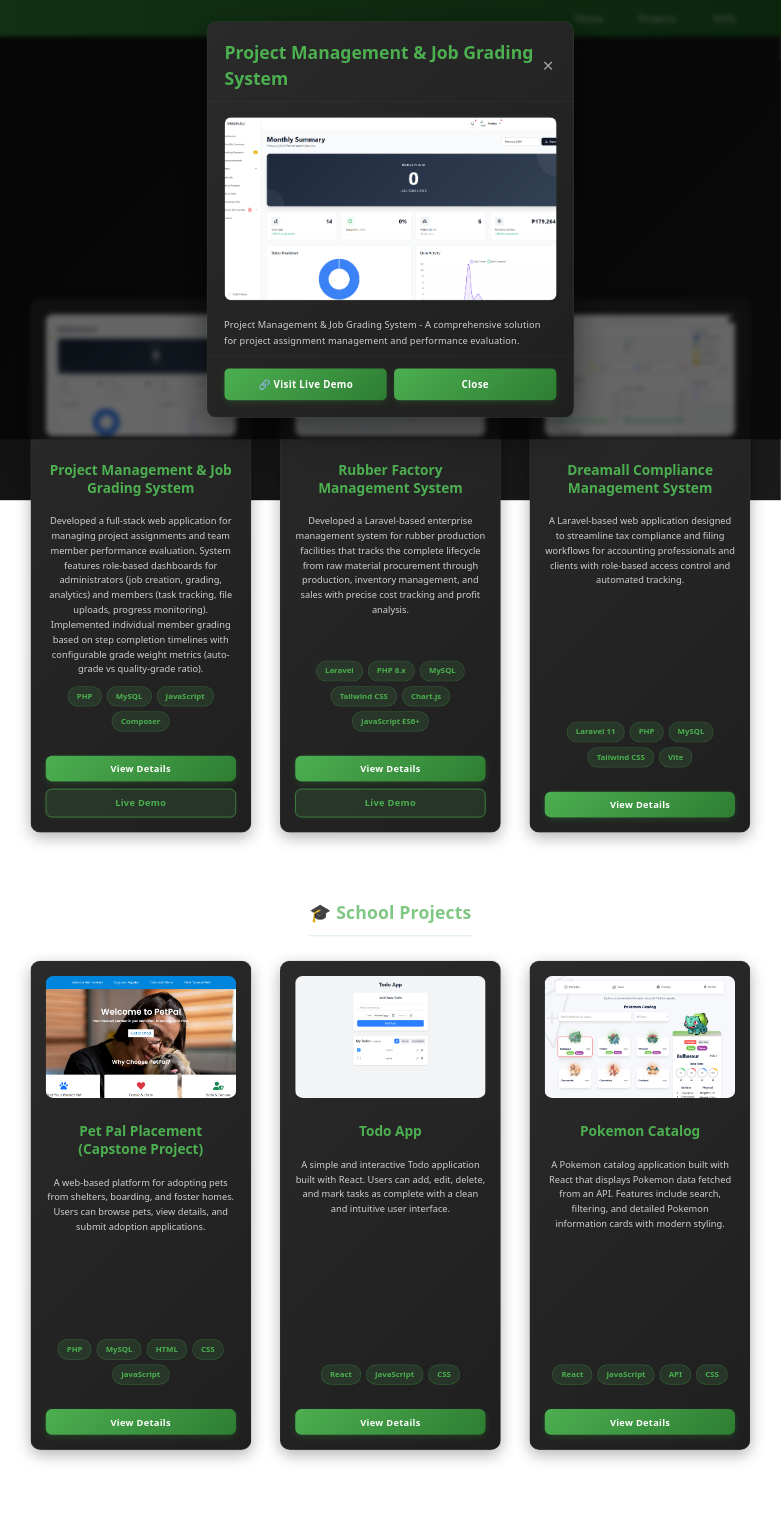
Repository: SAYANA11/portfolio
Page: /Projects, after clicking the first element matching `button.project-button`
The author's editor kept a copy of each file at every save. The page is drawn from the files as they stood at one save, then again after the next save.
The browser window is 1280 px wide. The pictures show the whole page, at 61% of full size.
An inner scrolling area shows only its first screen. The project was rebuilt for these pictures with package versions that can differ from the ones it lists, and the page was loaded fresh each time. Also part of the build but not shown: vite.config.js, src/components/Hero.jsx, src/components/Skills.css, src/components/Skills.jsx.

Above is the page before, as saved 2026-02-17 17:20:20.

### index.html
<!doctype html>
<html lang="en">
  <head>
    <meta charset="UTF-8" />
    <link rel="icon" type="image/svg+xml" href="/vite.svg" />
    <meta name="viewport" content="width=device-width, initial-scale=1.0" />
    <title>Muhammad Husayn Aiyub - Portfolio</title>
  </head>
  <body>
    <div id="root"></div>
    <script type="module" src="/src/main.jsx"></script>
  </body>
</html>

### src/index.css
:root {
  font-family: system-ui, Avenir, Helvetica, Arial, sans-serif;
  line-height: 1.5;
  font-weight: 400;

  color-scheme: light dark;
  color: rgba(255, 255, 255, 0.87);
  background-color: #242424;

  font-synthesis: none;
  text-rendering: optimizeLegibility;
  -webkit-font-smoothing: antialiased;
  -moz-osx-font-smoothing: grayscale;
}
/* Add in index.css or global style file */

a {
  font-weight: 500;
  color: #646cff;
  text-decoration: inherit;
}
a:hover {
  color: #535bf2;
}

html, body, #root {
  height: 100%;
  margin: 0;
  padding: 0;
}

body {
  margin: 0;
  min-width: 320px;
  background: linear-gradient(135deg, #0f0f0f 0%, #1a1a1a 100%);
  min-height: 100vh;
  position: relative;
}

body::before {
  content: '';
  position: fixed;
  top: 0;
  left: 0;
  right: 0;
  bottom: 0;
  background: linear-gradient(135deg, #0f0f0f 0%, #1a1a1a 100%);
  z-index: -1;
}

h1 {
  font-size: 3.2em;
  line-height: 1.1;
}

button {
  border-radius: 8px;
  border: 1px solid transparent;
  padding: 0.6em 1.2em;
  font-size: 1em;
  font-weight: 500;
  font-family: inherit;
  background-color: #1a1a1a;
  cursor: pointer;
  transition: border-color 0.25s;
}
button:hover {
  border-color: #646cff;
}
button:focus,
button:focus-visible {
  outline: 4px auto -webkit-focus-ring-color;
}

@media (prefers-color-scheme: light) {
  :root {
    color: #213547;
    background-color: #ffffff;
  }
  a:hover {
    color: #747bff;
  }
  button {
    background-color: #f9f9f9;
  }
}

### src/App.jsx
import React from "react";
import { BrowserRouter as Router, Routes, Route } from "react-router-dom";
import NavBar from "./components/Navbar";
import Hero from "./components/Hero";
import Projects from "./components/Projects";
import Skills from "./components/Skills";

function App() {
  return (
    <Router>
      <NavBar />
      <Routes>
        <Route path="/" element={<Hero />} />
        <Route path="/Projects" element={<Projects />} />
        <Route path="/Skills" element={<Skills />} />
      </Routes>
    </Router>
  );
}

export default App;

### src/components/Navbar.jsx
import React from "react";
import { Link } from "react-router-dom";
import "./Navbar.css";

const NavBar = () => {
  return (
    <nav className="navbar">
      <ul>
        <li>
          <Link to="/">Home</Link>
        </li>
        <li>
          <Link to="/Projects">Projects</Link>
        </li>
        <li>
          <Link to="/Skills">Skills</Link>
        </li>
      </ul>
    </nav>
  );
};

export default NavBar;

### src/components/Navbar.css
.navbar {
    background: linear-gradient(90deg, #2e7d32 0%, #1b5e20 100%);
    color: white;
    padding: 15px 40px;
    position: fixed;
    width: 100%;
    height: 60px;
    top: 0;
    z-index: 1000;
    display: flex;
    align-items: center;
    justify-content: flex-end;
    box-shadow: 0 4px 12px rgba(0, 0, 0, 0.3);
    backdrop-filter: blur(10px);
    box-sizing: border-box;
}

.navbar ul {
    list-style: none;
    padding: 0;
    margin: 0 20px 0 0;
    display: flex;
    gap: 35px;
}

.navbar ul li {
    font-size: 16px;
    transition: all 0.3s cubic-bezier(0.4, 0, 0.2, 1);
    position: relative;
}

.navbar ul li a {
    color: #e0e0e0;
    text-decoration: none;
    transition: all 0.3s cubic-bezier(0.4, 0, 0.2, 1);
    padding: 8px 12px;
    display: block;
    border-radius: 6px;
    font-weight: 500;
    letter-spacing: 0.3px;
}

.navbar ul li a::after {
    content: '';
    position: absolute;
    bottom: 0;
    left: 0;
    width: 0;
    height: 2px;
    background: #ffd700;
    transition: width 0.3s ease;
    border-radius: 2px;
}

.navbar ul li a:hover {
    color: white;
    background: rgba(76, 175, 80, 0.2);
}

.navbar ul li a:hover::after {
    width: 100%;
}

/* Responsive */
@media (max-width: 768px) {
    .navbar ul {
        gap: 10px; /* Reduce spacing for smaller screens */
        margin: 0 10px 0 0; /* Adjust margin for smaller screens */
    }

    .navbar ul li {
        font-size: 16px; /* Adjust font size for smaller screens */
    }
}

### src/components/Projects.css
/* Projects Container */
.projects-container {
  margin-top: 100px;
  padding: 50px 40px;
  max-width: 1200px;
  margin-left: auto;
  margin-right: auto;
  background: transparent;
  border-radius: 0;
  box-shadow: none;
  text-align: center;
}

.projects-title {
  font-size: 2.8rem;
  font-weight: 700;
  background: linear-gradient(135deg, #4caf50, #2e7d32);
  -webkit-background-clip: text;
  -webkit-text-fill-color: transparent;
  background-clip: text;
  margin-bottom: 8px;
  letter-spacing: -0.02em;
}

.projects-subtitle {
  font-size: 1.15rem;
  color: #a0a0a0;
  margin-bottom: 60px;
  font-weight: 400;
  letter-spacing: 0.3px;
}

/* Projects Section */
.projects-section {
  margin-bottom: 80px;
}

.section-heading {
  font-size: 1.8rem;
  font-weight: 700;
  color: #81c784;
  margin-bottom: 40px;
  letter-spacing: 0.3px;
  padding-bottom: 16px;
  border-bottom: 2px solid rgba(76, 175, 80, 0.2);
  display: inline-block;
  min-width: 200px;
}

/* Projects List */
.projects-list {
  list-style: none;
  padding: 0;
  margin: 0;
  display: grid;
  grid-template-columns: repeat(auto-fit, minmax(320px, 1fr));
  gap: 28px;
  justify-items: center;
}

.project-item {
  flex: 0 1 calc(33.333% - 20px);
  width: 100%;
  max-width: 360px;
  min-height: 800px;
  background: linear-gradient(135deg, #2a2a2a 0%, #1f1f1f 100%);
  border: 1px solid rgba(76, 175, 80, 0.15);
  border-radius: 16px;
  box-shadow: 0 8px 24px rgba(0, 0, 0, 0.3);
  overflow: hidden;
  transition: all 0.3s cubic-bezier(0.4, 0, 0.2, 1);
  display: flex;
  flex-direction: column;
}

.project-item:hover {
  transform: translateY(-8px);
  box-shadow: 0 16px 48px rgba(46, 125, 50, 0.25);
  border-color: rgba(76, 175, 80, 0.4);
}

/* Project Card */
.project-card {
  padding: 24px;
  text-align: center;
  display: flex;
  flex-direction: column;
  height: 100%;
}

.project-image {
  width: 100%;
  height: 200px;
  object-fit: cover;
  border-radius: 12px;
  margin-bottom: 18px;
  transition: transform 0.3s ease;
}

.project-item:hover .project-image {
  transform: scale(1.05);
}

.project-title {
  font-size: 1.4rem;
  font-weight: 700;
  color: #4caf50;
  margin-bottom: 12px;
  line-height: 1.3;
}

.project-description {
  font-size: 0.95rem;
  color: #d0d0d0;
  margin-bottom: 16px;
  line-height: 1.6;
  flex-grow: 1;
}

/* Project Technologies */
.project-technologies {
  display: flex;
  flex-wrap: wrap;
  gap: 8px;
  margin-bottom: 20px;
  justify-content: center;
}

.tech-tag {
  display: inline-block;
  padding: 6px 14px;
  background-color: rgba(76, 175, 80, 0.15);
  color: #4caf50;
  border-radius: 20px;
  font-size: 0.8rem;
  font-weight: 600;
  border: 1px solid rgba(76, 175, 80, 0.3);
  transition: all 0.3s ease;
}

.tech-tag:hover {
  background-color: rgba(76, 175, 80, 0.25);
  border-color: rgba(76, 175, 80, 0.5);
}

/* Buttons Container */
.project-buttons {
  display: flex;
  gap: 12px;
  flex-wrap: wrap;
  justify-content: center;
  margin-top: auto;
  padding-top: 20px;
}

/* Project Button Styles */
.project-button {
  display: inline-flex;
  align-items: center;
  justify-content: center;
  padding: 11px 24px;
  font-size: 0.95rem;
  font-weight: 600;
  text-decoration: none;
  border-radius: 10px;
  transition: all 0.3s cubic-bezier(0.4, 0, 0.2, 1);
  border: none;
  cursor: pointer;
  letter-spacing: 0.5px;
  flex: 1;
  min-width: 140px;
}

.project-button-primary {
  background: linear-gradient(135deg, #4caf50, #2e7d32);
  color: #ffffff;
  box-shadow: 0 4px 12px rgba(46, 125, 50, 0.3);
}

.project-button-primary:hover {
  transform: translateY(-3px);
  box-shadow: 0 8px 20px rgba(46, 125, 50, 0.4);
}

.project-button-secondary {
  background: rgba(76, 175, 80, 0.15);
  color: #4caf50;
  border: 1.5px solid #4caf50;
  box-shadow: 0 2px 8px rgba(76, 175, 80, 0.1);
}

.project-button-secondary:hover {
  background: rgba(76, 175, 80, 0.25);
  border-color: #81c784;
  color: #81c784;
  transform: translateY(-2px);
  box-shadow: 0 6px 16px rgba(76, 175, 80, 0.2);
}

/* Responsive Design */
@media (max-width: 1024px) {
  .projects-container {
    padding: 40px 30px;
  }

  .projects-list {
    grid-template-columns: repeat(auto-fit, minmax(280px, 1fr));
    gap: 24px;
  }

  .projects-title {
    font-size: 2.2rem;
  }

  .section-heading {
    font-size: 1.5rem;
  }
}

@media (max-width: 768px) {
  .projects-container {
    margin-top: 80px;
    padding: 30px 20px;
  }

  .projects-list {
    grid-template-columns: 1fr;
    gap: 20px;
  }

  .projects-title {
    font-size: 1.9rem;
  }

  .section-heading {
    font-size: 1.4rem;
    margin-bottom: 30px;
  }

  .project-description {
    font-size: 0.9rem;
  }

  .project-buttons {
    gap: 10px;
  }

  .project-button {
    padding: 10px 18px;
    font-size: 0.9rem;
    min-width: 120px;
    flex: auto;
  }
}

/* Modal Styles */
.modal-overlay {
  position: fixed;
  top: 0;
  left: 0;
  right: 0;
  bottom: 0;
  background-color: rgba(0, 0, 0, 0.6);
  display: flex;
  align-items: center;
  justify-content: center;
  z-index: 1000;
  padding: 20px;
  animation: fadeInOverlay 0.3s ease;
  backdrop-filter: blur(4px);
}

@keyframes fadeInOverlay {
  from {
    opacity: 0;
  }
  to {
    opacity: 1;
  }
}

.modal-content {
  background: linear-gradient(135deg, #2a2a2a 0%, #1f1f1f 100%);
  border: 1px solid rgba(76, 175, 80, 0.15);
  border-radius: 16px;
  max-width: 600px;
  width: 100%;
  max-height: 90vh;
  overflow-y: auto;
  box-shadow: 0 20px 60px rgba(0, 0, 0, 0.5);
  display: flex;
  flex-direction: column;
  animation: slideInModal 0.3s cubic-bezier(0.4, 0, 0.2, 1);
}

@keyframes slideInModal {
  from {
    transform: translateY(-50px);
    opacity: 0;
  }
  to {
    transform: translateY(0);
    opacity: 1;
  }
}

.modal-header {
  padding: 28px 28px 16px;
  display: flex;
  justify-content: space-between;
  align-items: center;
  border-bottom: 1px solid rgba(76, 175, 80, 0.15);
}

.modal-title {
  font-size: 1.8rem;
  font-weight: 700;
  color: #4caf50;
  margin: 0;
  text-align: left;
}

.modal-close-btn {
  background: none;
  border: none;
  color: #a0a0a0;
  font-size: 1.5rem;
  cursor: pointer;
  transition: color 0.3s ease;
  padding: 0;
  width: 32px;
  height: 32px;
  display: flex;
  align-items: center;
  justify-content: center;
}

.modal-close-btn:hover {
  color: #4caf50;
}

.modal-body {
  padding: 28px;
  flex: 1;
  overflow-y: auto;
}

.modal-image {
  width: 100%;
  height: 280px;
  object-fit: cover;
  border-radius: 12px;
  margin-bottom: 20px;
}

.modal-description {
  color: #d0d0d0;
  font-size: 0.95rem;
  line-height: 1.7;
  margin-bottom: 24px;
  text-align: left;
}

.modal-description p {
  margin: 0 0 12px 0;
}

.modal-technologies {
  margin-bottom: 24px;
}

.tech-label {
  font-size: 0.95rem;
  font-weight: 700;
  color: #4caf50;
  margin: 0 0 12px 0;
  text-align: left;
}

.modal-tech-tags {
  display: flex;
  flex-wrap: wrap;
  gap: 10px;
}

.modal-tech-tag {
  display: inline-block;
  padding: 8px 16px;
  background-color: rgba(76, 175, 80, 0.15);
  color: #4caf50;
  border-radius: 20px;
  font-size: 0.85rem;
  font-weight: 600;
  border: 1px solid rgba(76, 175, 80, 0.3);
  transition: all 0.3s ease;
}

.modal-tech-tag:hover {
  background-color: rgba(76, 175, 80, 0.25);
  border-color: rgba(76, 175, 80, 0.5);
}

.modal-footer {
  padding: 20px 28px;
  border-top: 1px solid rgba(76, 175, 80, 0.15);
  display: flex;
  gap: 12px;
  flex-wrap: wrap;
}

.modal-button {
  flex: 1;
  padding: 12px 20px;
  background: linear-gradient(135deg, #4caf50, #2e7d32);
  color: #ffffff;
  text-decoration: none;
  border: none;
  border-radius: 10px;
  font-size: 0.95rem;
  font-weight: 600;
  cursor: pointer;
  transition: all 0.3s cubic-bezier(0.4, 0, 0.2, 1);
  display: flex;
  align-items: center;
  justify-content: center;
  box-shadow: 0 4px 12px rgba(46, 125, 50, 0.3);
  letter-spacing: 0.5px;
}

.modal-button:hover {
  transform: translateY(-2px);
  box-shadow: 0 6px 16px rgba(46, 125, 50, 0.4);
}

.modal-button-close {
  background: rgba(76, 175, 80, 0.15);
  color: #4caf50;
  border: 1.5px solid #4caf50;
  box-shadow: 0 2px 8px rgba(76, 175, 80, 0.1);
}

.modal-button-close:hover {
  background: rgba(76, 175, 80, 0.25);
  border-color: #81c784;
  color: #81c784;
}
  color: #4caf50;
  margin: 0;
  line-height: 1.3;
  flex: 1;
}

.modal-close-btn {
  background: none;
  border: none;
  font-size: 2rem;
  color: #a0a0a0;
  cursor: pointer;
  transition: color 0.3s ease;
  padding: 0;
  width: 40px;
  height: 40px;
  display: flex;
  align-items: center;
  justify-content: center;
  border-radius: 8px;
  margin-left: 16px;
}

.modal-close-btn:hover {
  color: #4caf50;
  background-color: rgba(76, 175, 80, 0.1);
}

.modal-body {
  padding: 24px 28px;
  flex: 1;
}

.modal-image {
  width: 100%;
  height: 300px;
  object-fit: cover;
  border-radius: 12px;
  margin-bottom: 20px;
  border: 1px solid rgba(76, 175, 80, 0.15);
}

.modal-description {
  font-size: 1rem;
  color: #d0d0d0;
  line-height: 1.8;
  margin-bottom: 24px;
  letter-spacing: 0.3px;
}

.modal-description p {
  margin-bottom: 12px;
  font-size: 0.95rem;
  color: #d0d0d0;
  line-height: 1.7;
  letter-spacing: 0.2px;
}

.modal-description p:last-child {
  margin-bottom: 0;
}

.modal-technologies {
  margin-bottom: 20px;
}

.tech-label {
  font-size: 1rem;
  font-weight: 700;
  color: #4caf50;
  margin: 0 0 12px 0;
  letter-spacing: 0.5px;
}

.modal-tech-tags {
  display: flex;
  flex-wrap: wrap;
  gap: 10px;
}

.modal-tech-tag {
  display: inline-block;
  padding: 8px 16px;
  background-color: rgba(76, 175, 80, 0.15);
  color: #4caf50;
  border-radius: 20px;
  font-size: 0.85rem;
  font-weight: 600;
  border: 1px solid rgba(76, 175, 80, 0.3);
  transition: all 0.3s ease;
}

.modal-tech-tag:hover {
  background-color: rgba(76, 175, 80, 0.25);
  border-color: rgba(76, 175, 80, 0.5);
}

.modal-footer {
  padding: 20px 28px 28px;
  border-top: 1px solid rgba(76, 175, 80, 0.15);
  display: flex;
  gap: 12px;
}

.modal-button {
  flex: 1;
  padding: 14px 28px;
  background: linear-gradient(135deg, #4caf50, #2e7d32);
  color: #ffffff;
  font-size: 1rem;
  font-weight: 700;
  text-decoration: none;
  border-radius: 8px;
  border: none;
  cursor: pointer;
  transition: all 0.3s cubic-bezier(0.4, 0, 0.2, 1);
  box-shadow: 0 4px 12px rgba(46, 125, 50, 0.3);
  text-align: center;
  letter-spacing: 0.5px;
}

.modal-button:hover {
  transform: translateY(-2px);
  box-shadow: 0 8px 20px rgba(46, 125, 50, 0.4);
  background: linear-gradient(135deg, #5bc45e, #3da140);
}

/* Modal Responsive Design */
@media (max-width: 768px) {
  .modal-content {
    max-width: 95%;
    border-radius: 12px;
  }

  .modal-header {
    padding: 20px 20px 12px;
  }

  .modal-title {
    font-size: 1.5rem;
  }

  .modal-body {
    padding: 18px 20px;
  }

  .modal-image {
    height: 240px;
    margin-bottom: 16px;
  }

  .modal-description {
    font-size: 0.95rem;
  }

  .modal-footer {
    padding: 16px 20px 20px;
  }

  .modal-button {
    padding: 12px 20px;
    font-size: 0.95rem;
  }
}

@media (max-width: 480px) {
  .projects-container {
    margin-top: 70px;
    padding: 20px 15px;
  }

  .projects-title {
    font-size: 1.6rem;
  }

  .projects-subtitle {
    font-size: 1rem;
  }

  .project-card {
    padding: 18px;
  }

  .project-image {
    height: 160px;
    margin-bottom: 12px;
  }

  .project-title {
    font-size: 1.15rem;
  }

  .project-description {
    font-size: 0.85rem;
  }

  .tech-tag {
    font-size: 0.75rem;
    padding: 5px 10px;
  }

  .modal-overlay {
    padding: 10px;
  }

  .modal-content {
    max-width: 100%;
    max-height: 95vh;
  }

  .modal-header {
    padding: 16px;
  }

  .modal-title {
    font-size: 1.3rem;
  }

  .modal-close-btn {
    font-size: 1.8rem;
    width: 36px;
    height: 36px;
  }

  .modal-body {
    padding: 16px;
  }

  .modal-image {
    height: 200px;
    margin-bottom: 14px;
  }

  .modal-description {
    font-size: 0.9rem;
    line-height: 1.6;
  }

  .tech-label {
    font-size: 0.95rem;
  }

  .modal-tech-tag {
    font-size: 0.75rem;
    padding: 6px 12px;
  }

  .modal-footer {
    padding: 14px 16px 16px;
    flex-direction: column;
  }

  .modal-button {
    padding: 12px 20px;
    font-size: 0.9rem;
  }
}

Loaded but not shown: src/main.jsx (common file); src/components/Projects.jsx (191 lines, source omitted); src/components/Hero.css (512 lines, source omitted)

After the next save:
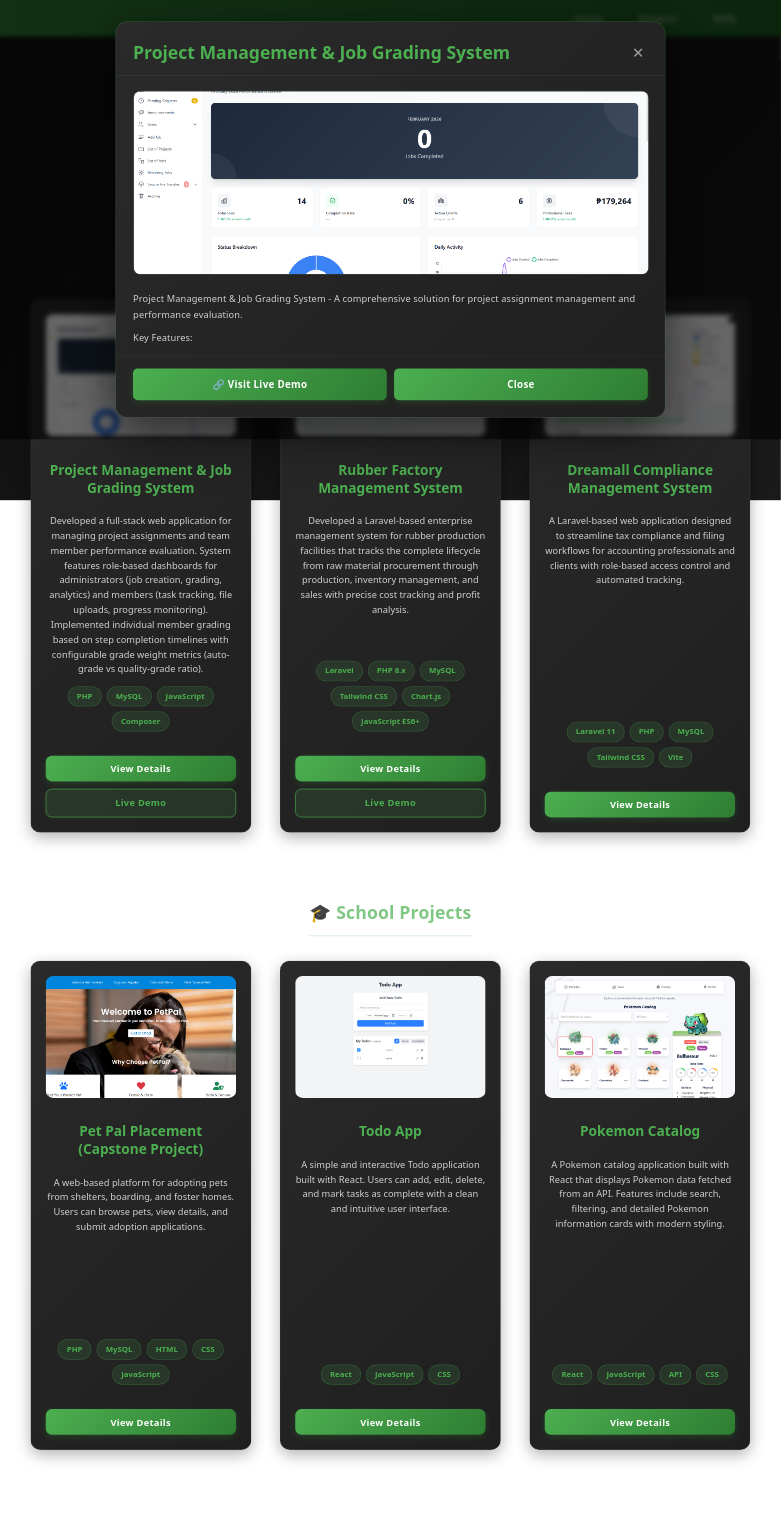
Saved 75 s later.
--- a/src/components/Projects.css
+++ b/src/components/Projects.css
@@ -281,13 +281,13 @@
 
 .modal-content {
   background: linear-gradient(135deg, #2a2a2a 0%, #1f1f1f 100%);
-  border: 1px solid rgba(76, 175, 80, 0.15);
-  border-radius: 16px;
-  max-width: 600px;
+  border: 1px solid rgba(76, 175, 80, 0.25);
+  border-radius: 20px;
+  max-width: 900px;
   width: 100%;
   max-height: 90vh;
   overflow-y: auto;
-  box-shadow: 0 20px 60px rgba(0, 0, 0, 0.5);
+  box-shadow: 0 25px 80px rgba(0, 0, 0, 0.6);
   display: flex;
   flex-direction: column;
   animation: slideInModal 0.3s cubic-bezier(0.4, 0, 0.2, 1);
